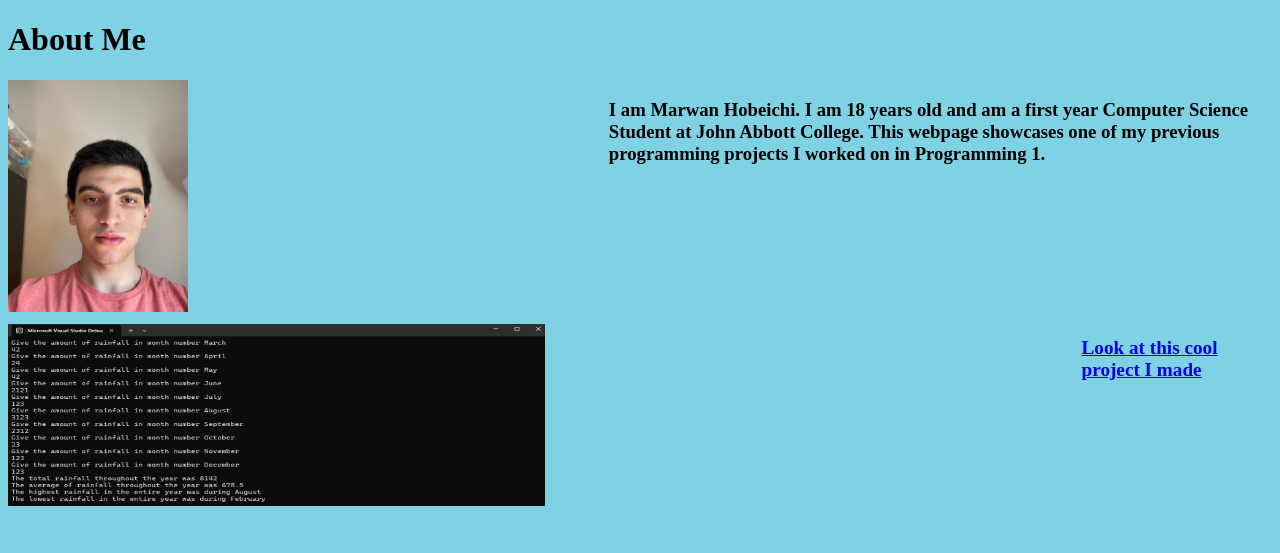
Repository: captainm64/captainm64
Page: index.html
These files come from the project's save history. The page is drawn as it stood at one moment and after the next save; the edit follows.
The browser window is 1280 px wide. The pictures show the whole page.

Above is the page before, as saved 2026-05-12 10:02:35.

After the next save:
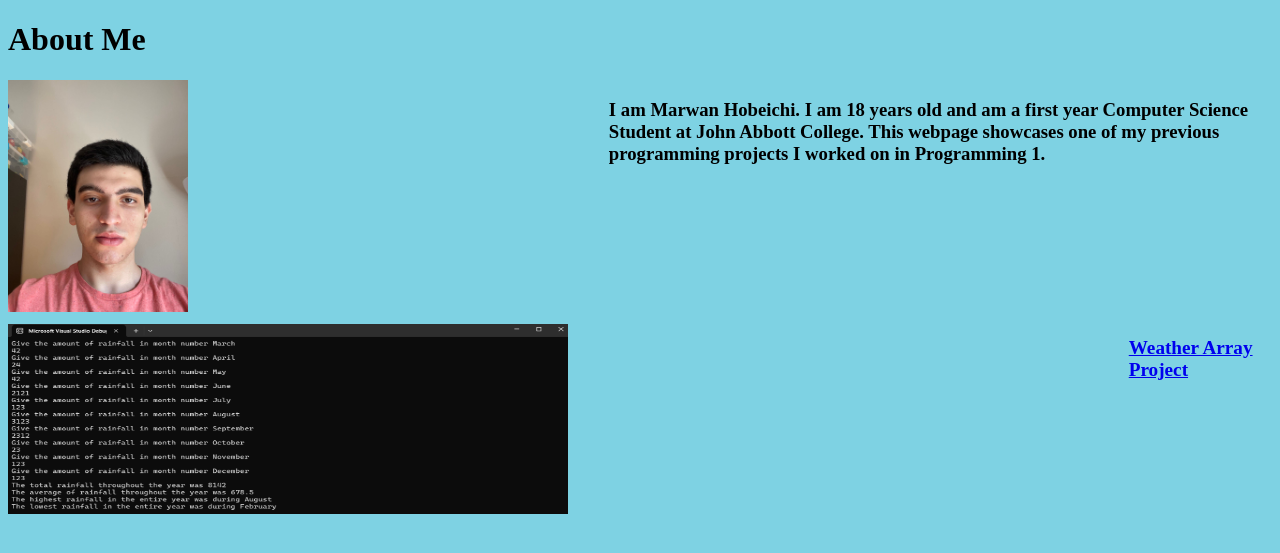
Saved 7 min 55 s later.
--- a/index.html
+++ b/index.html
@@ -28,7 +28,7 @@
  <img src="../../assets/images/demo2.png" alt = "Demonstration of an old project"/>
  </div>
 
- <a href = projectshow.html><h1>Look at this cool project I made</h1></a>
+ <a href = projectshow.html><h1>Weather Array Project</h1></a>
 
 </div>
 </main>
